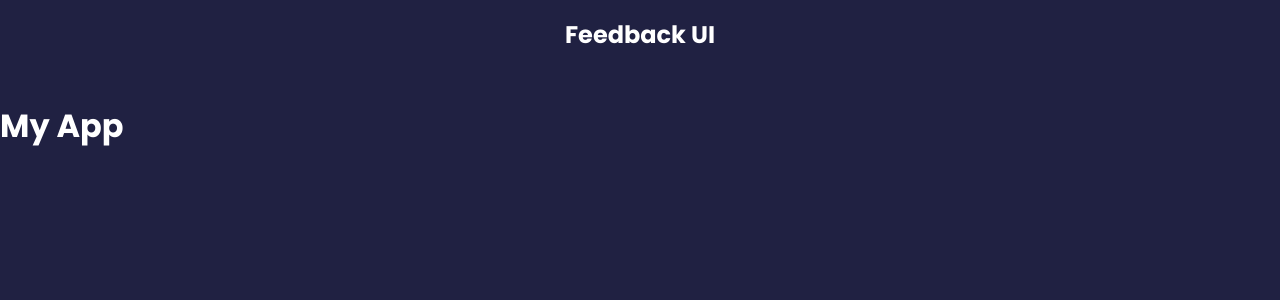
Repository: haokiet2501/feedback-app
Page: /
The author's editor kept a copy of each file at every save. The page is drawn from the files as they stood at one save, then again after a run of saves.
The browser window is 1280 px wide. The pictures show the whole page.
The project was rebuilt for these pictures with package versions that can differ from the ones it lists, and the page was loaded fresh each time.

Above is the page before, as saved 2022-02-23 09:09:17.

### public/index.html
<!DOCTYPE html>
<html lang="en">
  <head>
    <meta charset="utf-8" />
    <link rel="icon" href="%PUBLIC_URL%/favicon.ico" />
    <meta name="viewport" content="width=device-width, initial-scale=1" />
    <meta name="theme-color" content="#000000" />
    <meta
      name="description"
      content="Web site created using create-react-app"
    />
    <link rel="apple-touch-icon" href="%PUBLIC_URL%/logo192.png" />

    <link rel="manifest" href="%PUBLIC_URL%/manifest.json" />

    <title>Feedback App</title>
  </head>
  <body>
    <noscript>You need to enable JavaScript to run this app.</noscript>
    <div id="root"></div>

  </body>
</html>

### src/index.js
import React from 'react'
import ReactDOM from 'react-dom'
import App from './App'
import './index.css'
ReactDOM.render (
    <React.StrictMode>
        <App />
    </React.StrictMode>,
    document.getElementById('root')
)

### src/App.js
import Header from "./components/Header"

function App() {
    return (
        <>
            <Header />
            <div className="contianer">
                <h1>My App</h1>
            </div>
        </>
    )
}

export default App

### src/components/Header.jsx
import React from 'react'
import ProTypes from 'prop-types'

const Header = ({ text }) => {

  return (
    <header>
        <div className="container">
            <h2>{text}</h2>
        </div>
    </header>
  )
}

Header.defaultProps = {
    text: 'Feedback UI',
}

Header.proTypes = {
    text: ProTypes.string,
    bgColor: ProTypes.string,
    textColor: ProTypes.string,
}

export default Header

Loaded but not shown: src/index.css (common file)

After the next 4 saves:
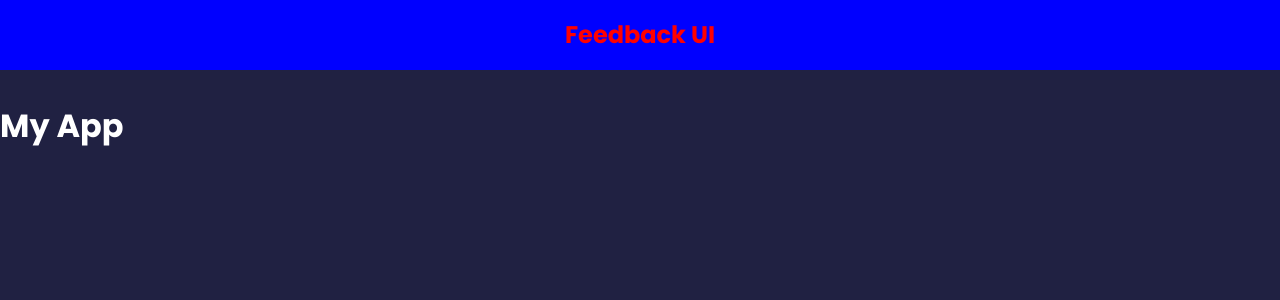
The 4 saves are shown as one change because 1 did not build or start and some came seconds apart.
The last was saved 16 s later.
--- a/src/components/Header.jsx
+++ b/src/components/Header.jsx
@@ -1,10 +1,13 @@
 import React from 'react'
 import ProTypes from 'prop-types'
 
-const Header = ({ text }) => {
-
+const Header = ({ text, bgColor, textColor }) => {
+  const handleStyles = {
+      backgroundColor: bgColor,
+      color: textColor
+  }
   return (
-    <header>
+    <header style={handleStyles}>
         <div className="container">
             <h2>{text}</h2>
         </div>
@@ -14,6 +17,8 @@
 
 Header.defaultProps = {
     text: 'Feedback UI',
+    bgColor: 'blue',
+    textColor: 'red'
 }
 
 Header.proTypes = {

After the 4 saves that followed:
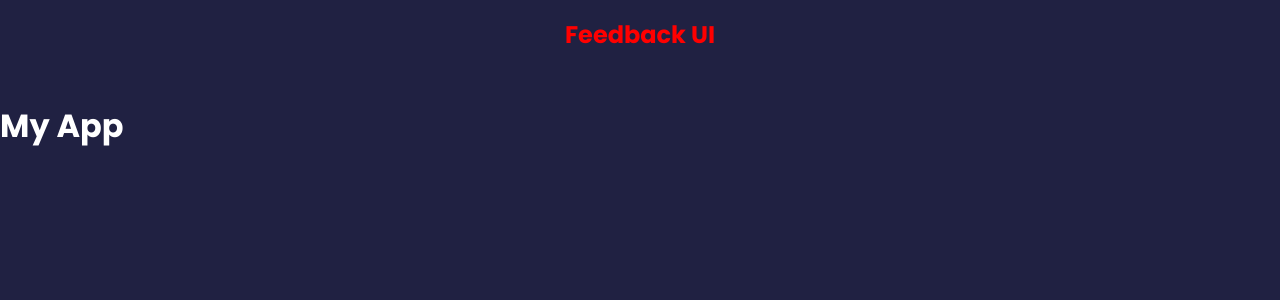
The 4 saves are shown as one change because they came seconds apart.
The last was saved 39 s later.
--- a/src/components/Header.jsx
+++ b/src/components/Header.jsx
@@ -17,7 +17,7 @@
 
 Header.defaultProps = {
     text: 'Feedback UI',
-    bgColor: 'blue',
+    bgColor: 'rgba(',
     textColor: 'red'
 }
 
